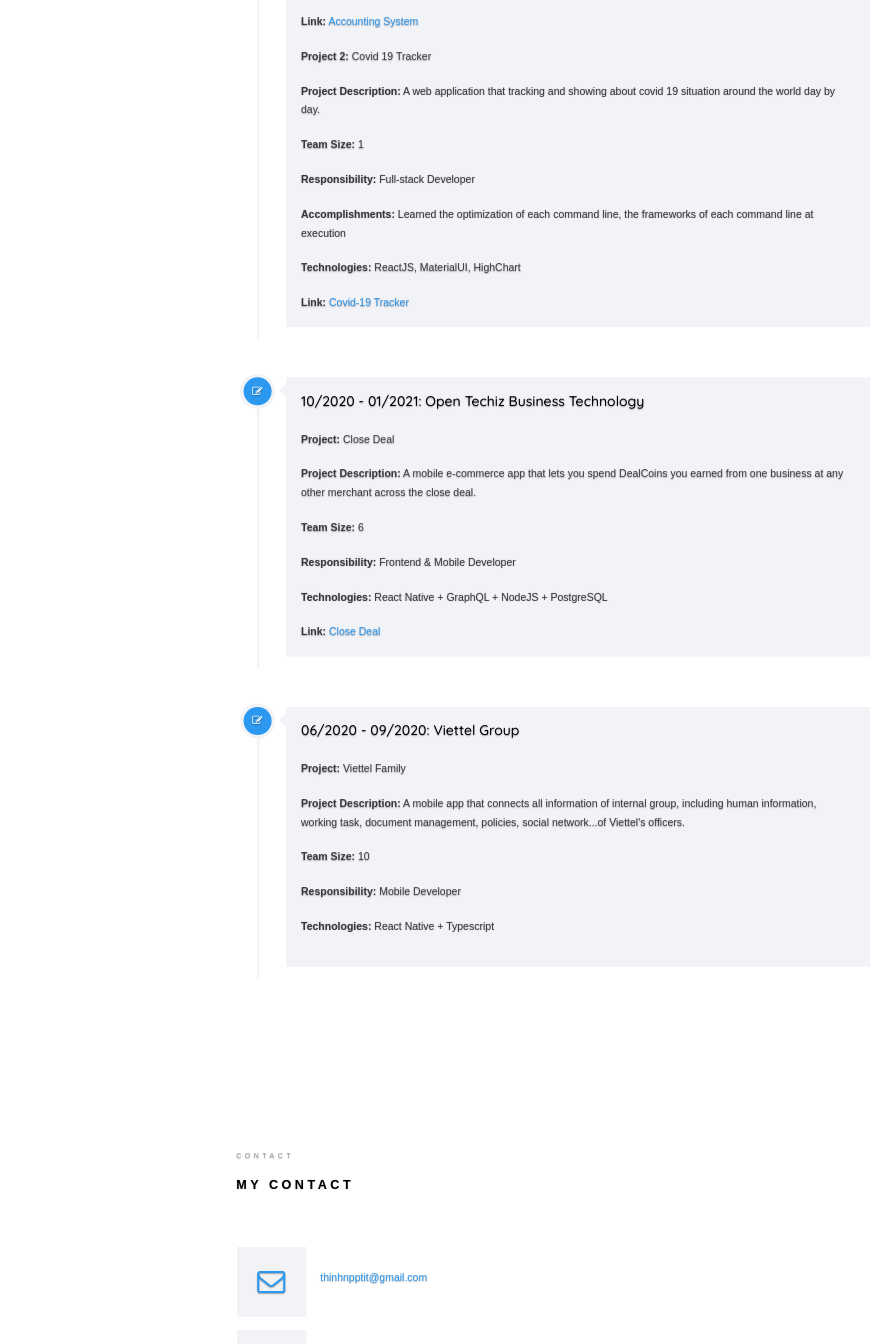
Repository: thinhnpptit/my-cv
Page: index.html
These files come from the project's save history. The page is drawn as it stood at one moment and after the next save; the edit follows.
The browser window is 1280 px wide. The pictures show the part of the page from y = 2920 to 4840 px (the page is 5194 px tall before and 5068 px after), at 70% of full size.
Some web fonts or font styles are not loaded; a fallback is used.

Above is the page before, as saved 2021-06-22 22:55:23.
Console error: TypeError: $(...).stick_in_parent is not a function

After the next save:
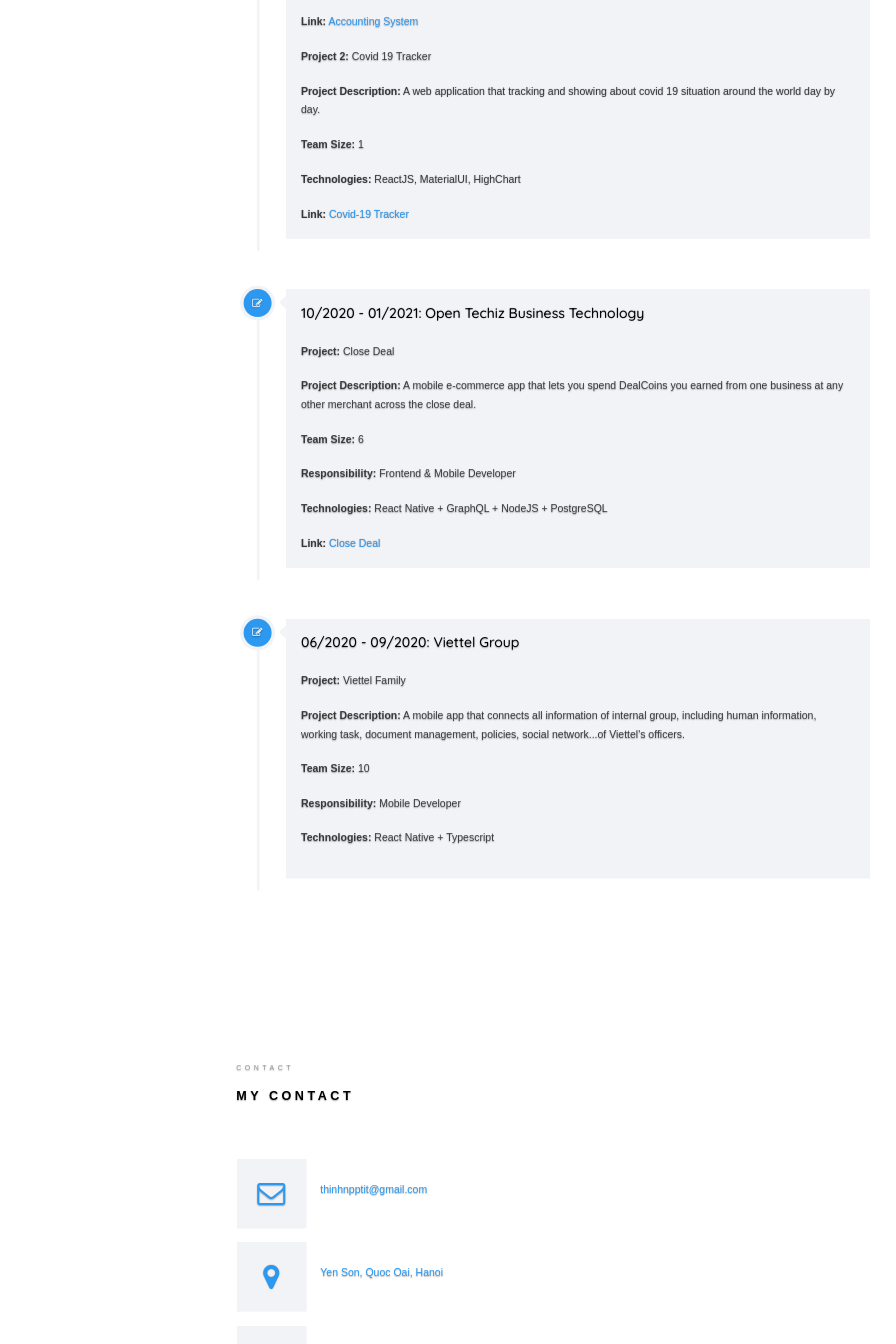
Saved 19 s later.
--- a/index.html
+++ b/index.html
@@ -295,8 +295,6 @@
 										<p><strong>Project 2:</strong> Covid 19 Tracker</p>
 										<p><strong>Project Description:</strong> A web application that tracking and showing about covid 19 situation around 	the world day by day.</p>
 										<p><strong>Team Size:</strong> 1</p>
-										<p><strong>Responsibility: </strong>Full-stack Developer</p>
-										<p><strong>Accomplishments:</strong> Learned the optimization of each command line, the frameworks of each command line at execution</p>
 										<p><strong>Technologies:</strong> ReactJS, MaterialUI, HighChart</p>
 										<span><strong>Link:</strong></span><a href="https://thinhnpptit.github.io/covid-19-tracker"> Covid-19 Tracker</a>
 										<div class="list-img text-center">
